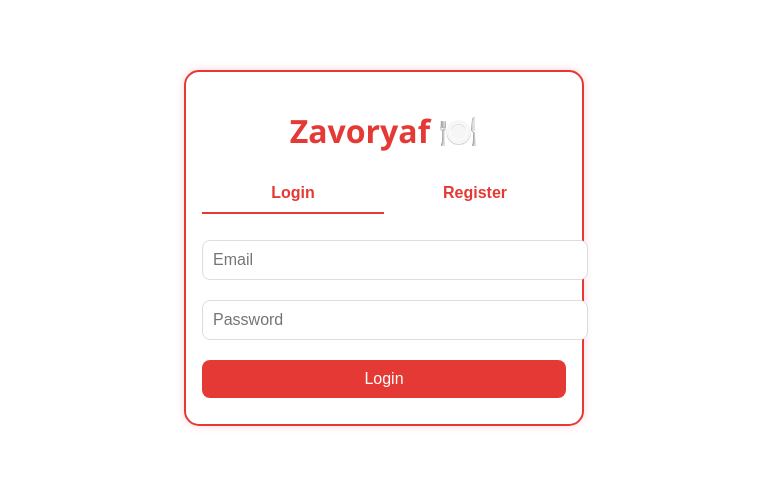
Repository: 1Siri7/chef
Page: index.html
An editor plug-in stored every save of this project. The page is shown before and after a run of saves, followed by the edit.
The browser window is 768 px wide. The pictures show the whole page.

Above is the page before, as saved 2025-08-01 21:19:55.

After the next 2 saves:
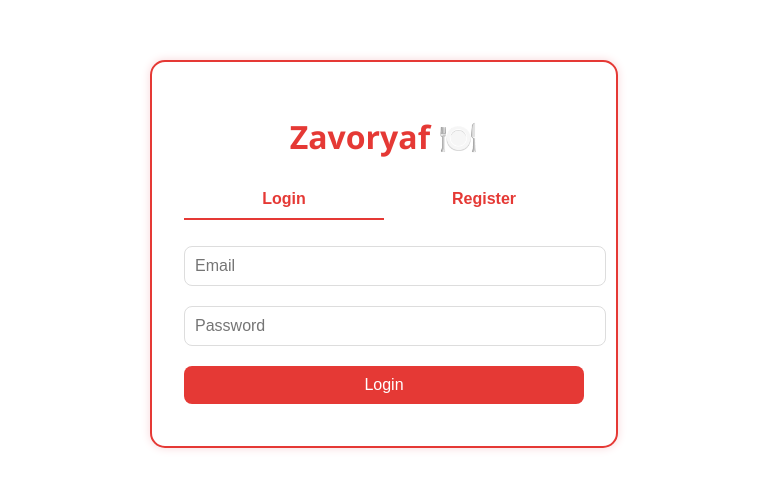
The 2 saves are shown as one change because they came seconds apart.
The last was saved 4 min 35 s later.
--- a/style.css
+++ b/style.css
@@ -176,25 +176,37 @@ header button:hover {
   display: none;
 }
 /* ---------------- Mobile Styles: Red & White Theme ---------------- */
+/* ---------- Desktop Default Styles (side-by-side) ---------- */
+.dashboard-container {
+  display: flex;
+  flex-direction: row;
+  justify-content: space-between;
+  gap: 2rem;
+  padding: 2rem;
+  background-color: #fff;
+}
+
+.menu-section, .order-section {
+  width: 48%;
+  background-color: #fff5f5;
+  padding: 1.5rem;
+  border: 2px solid #e74c3c;
+  border-radius: 12px;
+}
+
+/* ---------- Mobile Responsive Styles ---------- */
 @media screen and (max-width: 768px) {
-  body {
-    padding: 10px;
-  }
-
-  header {
-    text-align: center;
+  .dashboard-container {
+    flex-direction: column !important;
+    align-items: center;
     padding: 1rem;
   }
 
-  .auth-container,
-  .dashboard-container,
   .menu-section,
   .order-section {
-    width: 100%;
+    width: 100% !important;
+    margin-bottom: 20px;
     padding: 1rem;
-    box-sizing: border-box;
-    flex-direction: column; /* add here for dashboard */
-    align-items: center;
   }
 
   .dish-item {
@@ -267,13 +279,13 @@ header button:hover {
     width: 50%;
   }
 
+  .navbar {
+    flex-direction: column;
+    gap: 1rem;
+  }
+
   .card, .section {
     width: 90%;
     margin: 10px 0;
   }
-
-  .navbar {
-    flex-direction: column;
-    gap: 1rem;
-  }
-}
+}
